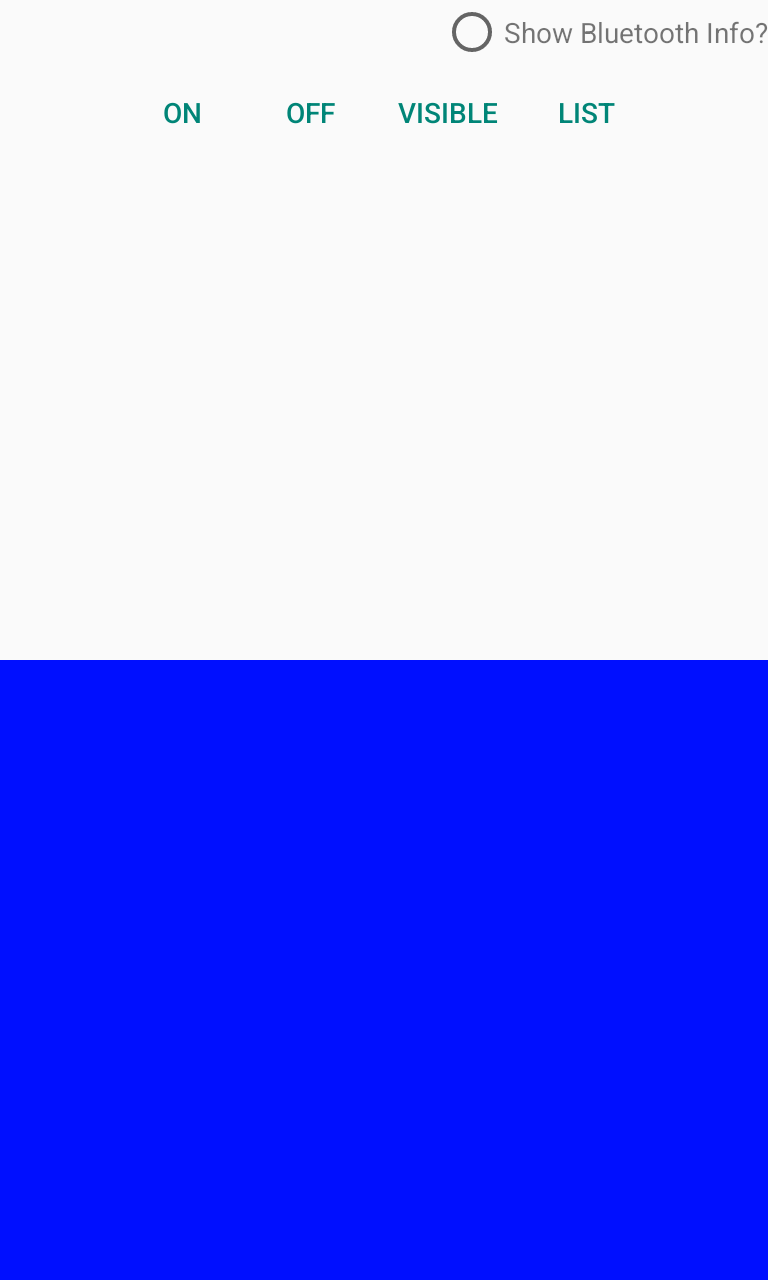
Repository: sdenom01/Anduino
Layout: Anduino/res/layout/activity_main.xml
An editor plug-in stored every save of this project. The layout is shown before and after the next save, followed by the edit.
It is drawn on a 768 x 1280 px phone screen (xhdpi) without system bars, with theme AppTheme; the app's code is not run. Lists and similar views that code fills are empty.

Above is the layout before, as saved 2014-07-08 21:36:01.

After the next save:
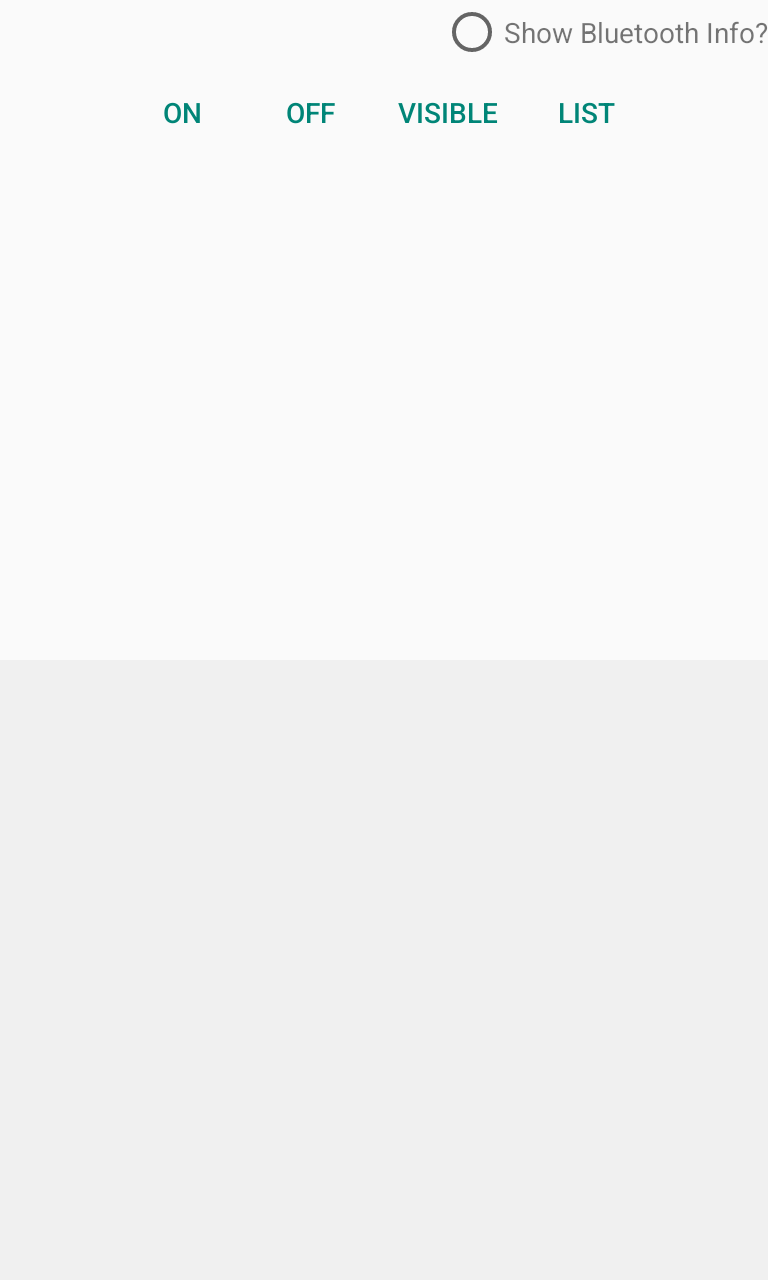
Saved 10 s later.
--- a/Anduino/res/layout/activity_main.xml
+++ b/Anduino/res/layout/activity_main.xml
@@ -93,7 +93,7 @@
         android:id="@+id/colorPicker"
         android:layout_width="match_parent"
         android:layout_height="match_parent"
-        android:background="#000fff"
+        android:background="#f0f0f0"
         android:orientation="horizontal" >
     </LinearLayout>
 
